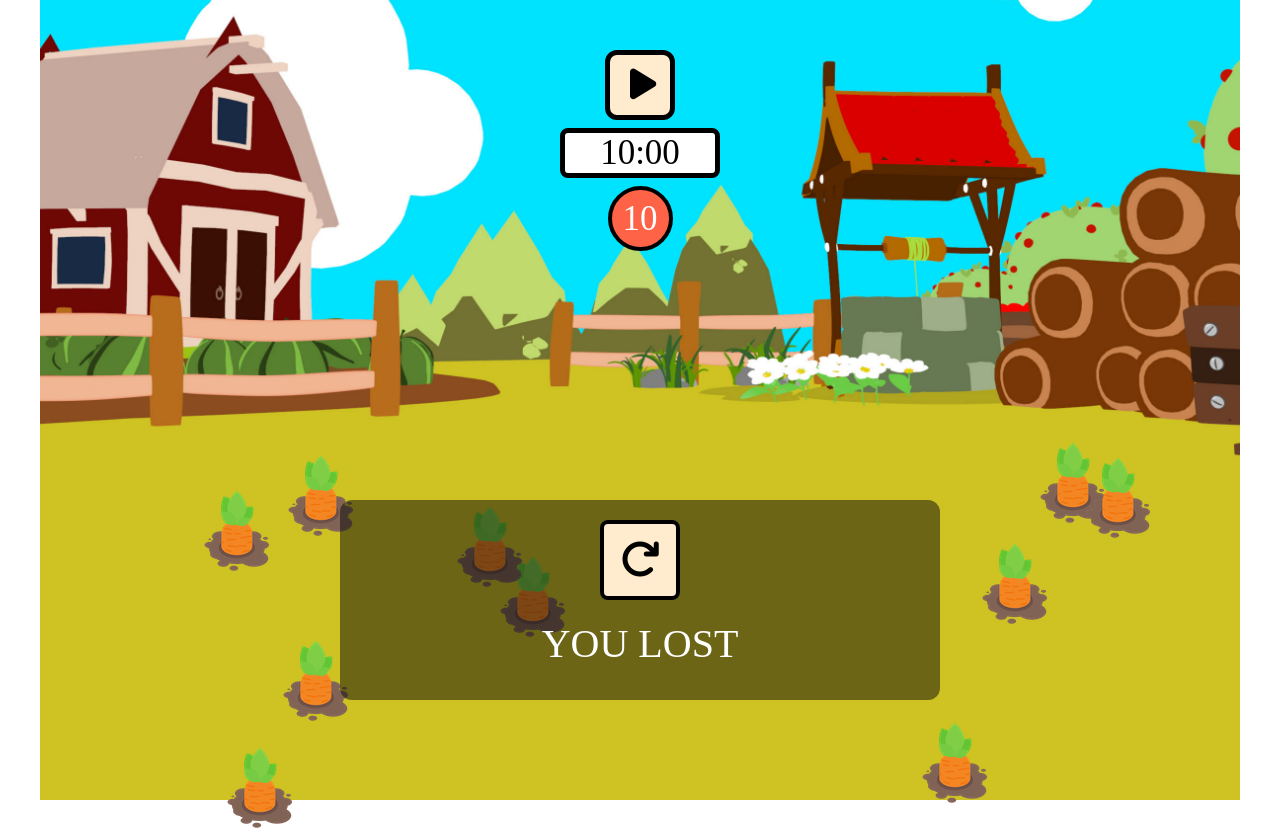
Repository: keehoonjung/Bug-Game
Page: index.html
These files come from the project's save history. The page is drawn as it stood at one moment and after the next save; the edit follows.
The browser window is 1280 px wide. The pictures show the whole page.
After loading, the first visible `button.play__btn` was clicked once.
Some web libraries are served in a nearby version.

Above is the page before, as saved 2021-08-10 12:05:05.

After the next save:
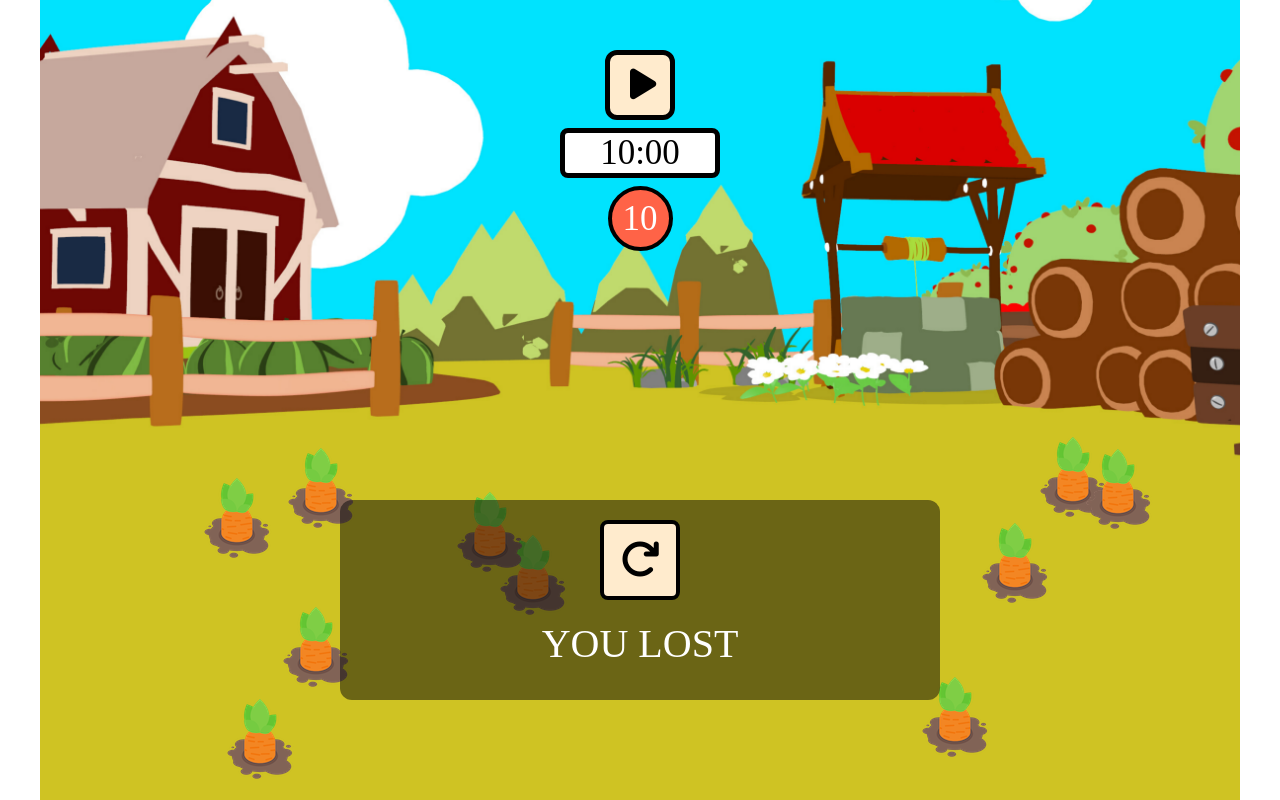
Saved 19 s later.
--- a/main.js
+++ b/main.js
@@ -19,7 +19,7 @@ playBtn.addEventListener("click", () => {
 function createCarrot(count) {
   for (let i = 0; i < count; i++) {
     const leftcoor = Math.random() * 1000 + 100;
-    const topcoor = Math.random() * 350;
+    const topcoor = Math.random() * 300;
     const carrot = document.createElement("img");
     carrot.setAttribute("class", "carrot");
     carrot.setAttribute("src", `./img/carrot.png`);
